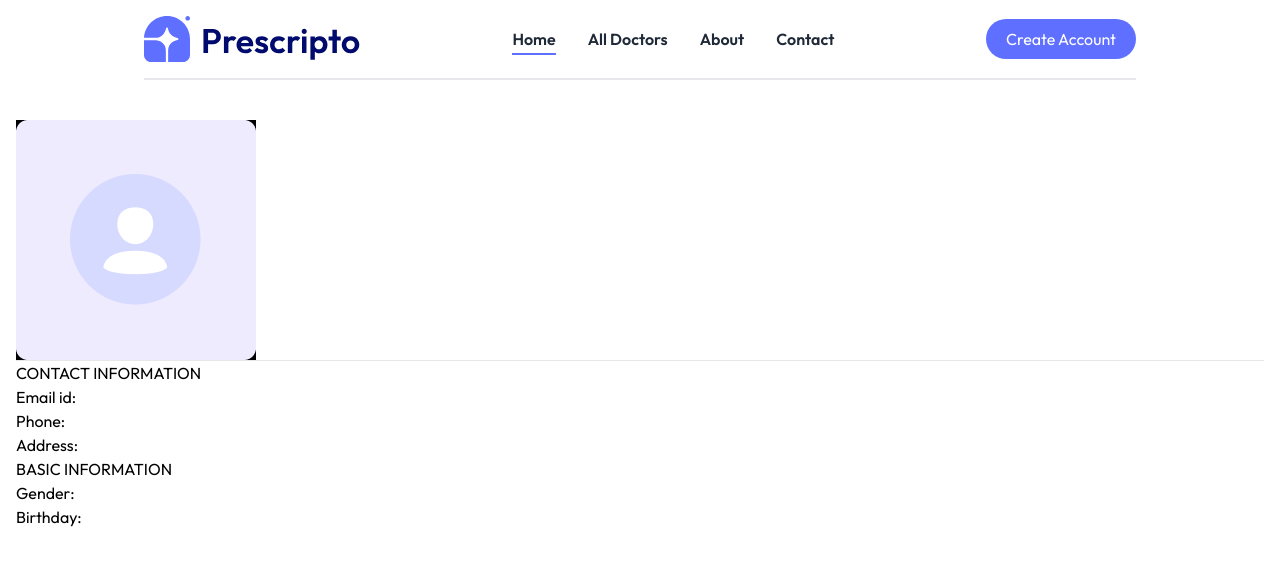
Repository: AzizHamdi99/Prescripto
Page: /profil (app in frontend/)
An editor plug-in stored every save of this project. The page is shown before and after the next save, followed by the edit.
The browser window is 1280 px wide. The pictures show the whole page.
The page's requests for data from a server got no answer. The project was rebuilt for these pictures with package versions that can differ from the ones it lists, and the page was loaded fresh each time. No one was signed in, and anything a server would have sent is missing. Also part of the build but not shown: frontend/vite.config.js, frontend/src/components/Hero.jsx, frontend/src/components/Speciality.jsx, frontend/src/components/DoctorCard.jsx, frontend/src/components/TopDoctors.jsx, frontend/src/components/Banner.jsx, frontend/src/components/Footer.jsx, frontend/src/pages/Home.jsx and 7 more.

Above is the page before, as saved 2025-01-15 18:30:06.

### frontend/index.html
<!DOCTYPE html>
<html lang="en">
  <head>
    <meta charset="UTF-8" />
    <link rel="icon" type="image/svg+xml" href="/vite.svg" />
    <meta name="viewport" content="width=device-width, initial-scale=1.0" />
    <title>Prescripto</title>
  </head>
  <body>
    <div id="root"></div>
    <script type="module" src="/src/main.jsx"></script>
  </body>
</html>

### frontend/src/main.jsx
import { StrictMode } from "react";
import { createRoot } from "react-dom/client";
import App from "./App.jsx";
import "./index.css";
import { BrowserRouter } from "react-router-dom";
import AppContextProvider from "./context/AppContext.jsx";

createRoot(document.getElementById("root")).render(

  <BrowserRouter>
  <AppContextProvider>
    <App />
    </AppContextProvider>
  </BrowserRouter>
);

### frontend/src/App.jsx
import React from "react";
import { Route, Routes } from "react-router-dom";
import Home from "./pages/Home";
import About from "./pages/About";
import Doctors from "./pages/Doctors";
import Login from "./pages/Login";
import Contact from "./pages/Contact";
import Profile from "./pages/Profile";
import Appointments from "./pages/Appointments";
import Appointment from "./pages/Appointment";
import Navbar from "./components/Navbar";
import './App.css'
import Footer from "./components/Footer";
import Test from "./pages/Test";
import Testtime from "./pages/Testtime";
function App() {
  return (
    <div className="mx-4">
      <Navbar />
      <Routes>
        <Route path="/" element={<Home />} />
        <Route path="/about" element={<About />} />
        <Route path="/doctors" element={<Doctors />} />
        <Route path="/doctors/:speciality" element={<Doctors />} />
        <Route path="/login" element={<Login />} />
        <Route path="/contact" element={<Contact />} />
        <Route path="/profil" element={<Profile />} />
        <Route path="/appointments" element={<Appointments />} />
        <Route path="/appointment/:id" element={<Appointment />} />
        <Route path="/appointment/:id" element={<Appointment />} />
        <Route path="/test" element={<Test/>}/>
        <Route path="/testt" element={<Testtime/>}/>
      </Routes>


    </div>
  );
}

export default App;

### frontend/src/context/AppContext.jsx
import { createContext, useContext,useState,useEffect } from "react";
//import { doctors } from "../assets/assets_frontend/assets";
import axios from'axios'
export const AppContext=createContext(null)
const AppContextProvider=(props)=>{
    const [select, setselect] = useState("home");
    const [Speciality,SetSpeciality]=useState("All doctors");

    const [show,setShow]=useState(8);
    const [doctors,setdoctors]=useState([])
    const [token,setToken]=useState(false);
    const [login,setlogin]=useState(false);

    useEffect(()=>{
        const fetchData=async()=>{
            try{
                const response= await axios.get('http://localhost:3000/api/doctors/getAllDoctors')
                console.log(response.data)
                setdoctors(response.data);

            }catch(error){
                console.error('eroorr fetching daata',error)
            }


        }
        const loadUser=async()=>{
            if(localStorage.getItem("token")){
                setToken(localStorage.getItem("token"))
            }
        }
        fetchData()
        loadUser()
     },[])
    const value={
        doctors,setdoctors,
        select,setselect,Speciality,SetSpeciality,show,setShow,token,setToken,login,setlogin

    }


    return(
        <AppContext.Provider value={value}>
            {props.children}

        </AppContext.Provider>
    )
}
export default AppContextProvider

### frontend/src/pages/Profile.jsx
import axios from "axios";
import React, { useEffect,useState } from "react";
import { assets } from "../assets/assets_frontend/assets";

function Profile() {
  const [user, setUser] = useState({});
  const [loading, setLoading] = useState(true);
  const [error, setError] = useState(null);

  useEffect(()=>{
    const fetchUserProfile=async()=>{
      const token=localStorage.getItem("token")
      if(!token){
        setError('No token found. Please log in..!')
        setLoading(false)
        return

      }
      try{
        const respnse=await axios.get('http://localhost:3000/api/user/profile',
        {
          headers:{
          Authorization:`Bearer ${token}`

        }})
        //console.log(respnse)
        setUser(respnse.data.data)
        setLoading(false)

      }
      catch(error){
        console.error('Error fetching user data',error)
        setError("Failed fetching user data")
        setLoading(false)

      }


    }
    fetchUserProfile()


  },[])
  console.log(user)


  return(
    <div className="mt-10">
      <img src={assets.uploadare} className="bg-black" alt="" />
      <h1>{user.name}</h1>
      <hr />
      <p>CONTACT INFORMATION</p>
      <div>
        <div>
          <p>Email id:</p>
          <p>Phone:</p>
          <p>Address:</p>
        </div>
        <div>
          <p>{user.email}</p>
          <p>{user.phone}</p>
          <p>{user.address}</p>
        </div>
      </div>
      <p>BASIC INFORMATION</p>
      <div>

        <div>
          <p>Gender:</p>
          <p>Birthday:</p>
        </div>

        <div>
          <p>{user.gender}</p>
          <p>{user.birthday}</p>
        </div>
      </div>



    </div>
  )

}

export default Profile;

### frontend/src/components/Navbar.jsx
import React, { useContext, useState } from "react";
import "../index.css";
import { assets } from "../assets/assets_frontend/assets";
import { Link, NavLink, useNavigate } from "react-router-dom";
import { AppContext } from "../context/AppContext";
function Navbar() {
  //const [select, setselect] = useState("home");
  const{select,setselect,token,setToken}=useContext(AppContext)

  const navigate=useNavigate();
 const[login,setlogin]=useState(false)
  const image=()=>{
    navigate('/');
    setselect("home");

  }
  const logout=()=>{
    localStorage.removeItem("token");
    setToken("")
    navigate('/')
  }



  return (
    <div className="mx-32 flex my-4 items-center justify-between border-b-2 pb-4">
      <img onClick={image} src={assets.logo} alt="" className="cursor-pointer"  />
      <div className="grid gap-8 grid-flow-col text-l text-[#1F2937] font-semibold">
        <Link to="/"><span className={ select === "home" ? "border-b-2 border-[#5F6FFF] pb-1" : ""} onClick={()=>setselect("home")}>Home</span></Link>
       <Link to="/doctors"> <span  onClick={()=>setselect("doctors")} className={ select === "doctors" ? "border-b-2 border-[#5F6FFF] pb-2" : ""} >All Doctors</span></Link>
        <Link to="/about"><span  className={ select === "about" ? "border-b-2 border-[#5F6FFF] pb-1" : ""} onClick={()=>setselect("about")}>About</span></Link>
        <Link to="/contact"><span  className={ select === "contact" ? "border-b-2 border-[#5F6FFF] pb-1" : ""} onClick={()=>setselect("contact")}>Contact</span></Link>
      </div>
      {token? <div className="grid grid-flow-col gap-2 items-center group-relative ">
        <img src={assets.profile_pic} className="w-10 rounded-[50%] cursor-pointer" alt=""  onClick={()=>setlogin(!login)}/>
        <img src={assets.dropdown_icon} alt=""  />
          {login? <div className="absolute top-20 right-32 text-base font-medium p-4 text-gray-600 z-20 bg-[#F8F8F8] shadow-md">
          <div className="text-[18px] font-normal textt-[#4B5563] ">
            <p className="cursor-pointer" onClick={()=>navigate("/profil")}>My profil</p>
            <p className="cursor-pointer" onClick={()=>navigate("/appointments")}>My Appointments</p>
            <p onClick={()=>logout()} className="cursor-pointer">Logout</p>
          </div>

        </div> :<></> }


      </div>:
      <button onClick={()=>navigate('/login')}  className="px-5 py-2 bg-[#5F6FFF] rounded-3xl text-white">Create Account</button>}
    </div>
  );
}

export default Navbar;

### frontend/src/App.css
@import url('https://fonts.googleapis.com/css2?family=Outfit:wght@100..900&display=swap');
*{
    font-family: "Outfit", sans-serif;
}
.footer{
    display: flex;

    justify-content: space-between;



}
li{
    margin-top: 9px;
}

### frontend/src/pages/Testtime.jsx
import React, { useState, useEffect } from 'react';

const DaySelector = () => {

  return (
    hhhh
  );
};

export default DaySelector;

### frontend/src/assets/assets_frontend/assets.js
import appointment_img from './appointment_img.png'
import header_img from './header_img.png'
import group_profiles from './group_profiles.png'
import profile_pic from './profile_pic.png'
import contact_image from './contact_image.png'
import about_image from './about_image.png'
import logo from './logo.svg'
import dropdown_icon from './dropdown_icon.svg'
import dropup_icon from './arrow-drop-up.svg'
import menu_icon from './menu_icon.svg'
import cross_icon from './cross_icon.png'
import chats_icon from './chats_icon.svg'
import verified_icon from './verified_icon.svg'
import arrow_icon from './arrow_icon.svg'
import info_icon from './info_icon.svg'
import upload_icon from './upload_icon.png'
import stripe_logo from './stripe_logo.png'
import razorpay_logo from './razorpay_logo.png'
import doc1 from './doc1.png'
import doc2 from './doc2.png'
import doc3 from './doc3.png'
import doc4 from './doc4.png'
import doc5 from './doc5.png'
import doc6 from './doc6.png'
import doc7 from './doc7.png'
import doc8 from './doc8.png'
import doc9 from './doc9.png'
import doc10 from './doc10.png'
import doc11 from './doc11.png'
import doc12 from './doc12.png'
import doc13 from './doc13.png'
import doc14 from './doc14.png'
import doc15 from './doc15.png'
import Dermatologist from './Dermatologist.svg'
import Gastroenterologist from './Gastroenterologist.svg'
import General_physician from './General_physician.svg'
import Gynecologist from './Gynecologist.svg'
import Neurologist from './Neurologist.svg'
import Pediatricians from './Pediatricians.svg'
import uploadare from './upload_area.png'


export const assets = {
    appointment_img,
    header_img,
    group_profiles,
    logo,
    chats_icon,
    verified_icon,
    info_icon,
    profile_pic,
    arrow_icon,
    contact_image,
    about_image,
    menu_icon,
    cross_icon,
    dropdown_icon,
    upload_icon,
    stripe_logo,
    razorpay_logo,
    dropup_icon,
    uploadare
}

export const specialityData = [
    {
        speciality: 'General physician',
        image: General_physician
    },
    {
        speciality: 'Gynecologist',
        image: Gynecologist
    },
    {
        speciality: 'Dermatologist',
        image: Dermatologist
    },
    {
        speciality: 'Pediatricians',
        image: Pediatricians
    },
    {
        speciality: 'Neurologist',
        image: Neurologist
    },
    {
        speciality: 'Gastroenterologist',
        image: Gastroenterologist
    },
]

export const doctors = [
    {
        _id: 'doc1',
        name: 'Dr. Richard James',
        image: doc1,
        speciality: 'General physician',
        degree: 'MBBS',
        experience: '4 Years',
        about: 'Dr. Davis has a strong commitment to delivering comprehensive medical care, focusing on preventive medicine, early diagnosis, and effective treatment strategies. Dr. Davis has a strong commitment to delivering comprehensive medical care, focusing on preventive medicine, early diagnosis, and effective treatment strategies.',
        fees: 50,
        address: {
            line1: '17th Cross, Richmond',
            line2: 'Circle, Ring Road, London'
        }
    },
    {
        _id: 'doc2',
        name: 'Dr. Emily Larson',
        image: doc2,
        speciality: 'Gynecologist',
        degree: 'MBBS',
        experience: '3 Years',
        about: 'Dr. Davis has a strong commitment to delivering comprehensive medical care, focusing on preventive medicine, early diagnosis, and effective treatment strategies. Dr. Davis has a strong commitment to delivering comprehensive medical care, focusing on preventive medicine, early diagnosis, and effective treatment strategies.',
        fees: 60,
        address: {
            line1: '27th Cross, Richmond',
            line2: 'Circle, Ring Road, London'
        }
    },
    {
        _id: 'doc3',
        name: 'Dr. Sarah Patel',
        image: doc3,
        speciality: 'Dermatologist',
        degree: 'MBBS',
        experience: '1 Years',
        about: 'Dr. Davis has a strong commitment to delivering comprehensive medical care, focusing on preventive medicine, early diagnosis, and effective treatment strategies. Dr. Davis has a strong commitment to delivering comprehensive medical care, focusing on preventive medicine, early diagnosis, and effective treatment strategies.',
        fees: 30,
        address: {
            line1: '37th Cross, Richmond',
            line2: 'Circle, Ring Road, London'
        }
    },
    {
        _id: 'doc4',
        name: 'Dr. Christopher Lee',
        image: doc4,
        speciality: 'Pediatricians',
        degree: 'MBBS',
        experience: '2 Years',
        about: 'Dr. Davis has a strong commitment to delivering comprehensive medical care, focusing on preventive medicine, early diagnosis, and effective treatment strategies. Dr. Davis has a strong commitment to delivering comprehensive medical care, focusing on preventive medicine, early diagnosis, and effective treatment strategies.',
        fees: 40,
        address: {
            line1: '47th Cross, Richmond',
            line2: 'Circle, Ring Road, London'
        }
    },
    {
        _id: 'doc5',
        name: 'Dr. Jennifer Garcia',
        image: doc5,
        speciality: 'Neurologist',
        degree: 'MBBS',
        experience: '4 Years',
        about: 'Dr. Davis has a strong commitment to delivering comprehensive medical care, focusing on preventive medicine, early diagnosis, and effective treatment strategies. Dr. Davis has a strong commitment to delivering comprehensive medical care, focusing on preventive medicine, early diagnosis, and effective treatment strategies.',
        fees: 50,
        address: {
            line1: '57th Cross, Richmond',
            line2: 'Circle, Ring Road, London'
        }
    },
    {
        _id: 'doc6',
        name: 'Dr. Andrew Williams',
        image: doc6,
        speciality: 'Neurologist',
        degree: 'MBBS',
        experience: '4 Years',
        about: 'Dr. Davis has a strong commitment to delivering comprehensive medical care, focusing on preventive medicine, early diagnosis, and effective treatment strategies. Dr. Davis has a strong commitment to delivering comprehensive medical care, focusing on preventive medicine, early diagnosis, and effective treatment strategies.',
        fees: 50,
        address: {
            line1: '57th Cross, Richmond',
            line2: 'Circle, Ring Road, London'
        }
    },
    {
        _id: 'doc7',
        name: 'Dr. Christopher Davis',
        image: doc7,
        speciality: 'General physician',
        degree: 'MBBS',
        experience: '4 Years',
        about: 'Dr. Davis has a strong commitment to delivering comprehensive medical care, focusing on preventive medicine, early diagnosis, and effective treatment strategies. Dr. Davis has a strong commitment to delivering comprehensive medical care, focusing on preventive medicine, early diagnosis, and effective treatment strategies.',
        fees: 50,
        address: {
            line1: '17th Cross, Richmond',
            line2: 'Circle, Ring Road, London'
        }
    },
    {
        _id: 'doc8',
        name: 'Dr. Timothy White',
        image: doc8,
        speciality: 'Gynecologist',
        degree: 'MBBS',
        experience: '3 Years',
        about: 'Dr. Davis has a strong commitment to delivering comprehensive medical care, focusing on preventive medicine, early diagnosis, and effective treatment strategies. Dr. Davis has a strong commitment to delivering comprehensive medical care, focusing on preventive medicine, early diagnosis, and effective treatment strategies.',
        fees: 60,
        address: {
            line1: '27th Cross, Richmond',
            line2: 'Circle, Ring Road, London'
        }
    },
    {
        _id: 'doc9',
        name: 'Dr. Ava Mitchell',
        image: doc9,
        speciality: 'Dermatologist',
        degree: 'MBBS',
        experience: '1 Years',
        about: 'Dr. Davis has a strong commitment to delivering comprehensive medical care, focusing on preventive medicine, early diagnosis, and effective treatment strategies. Dr. Davis has a strong commitment to delivering comprehensive medical care, focusing on preventive medicine, early diagnosis, and effective treatment strategies.',
        fees: 30,
        address: {
            line1: '37th Cross, Richmond',
            line2: 'Circle, Ring Road, London'
        }
    },
    {
        _id: 'doc10',
        name: 'Dr. Jeffrey King',
        image: doc10,
        speciality: 'Pediatricians',
        degree: 'MBBS',
        experience: '2 Years',
        about: 'Dr. Davis has a strong commitment to delivering comprehensive medical care, focusing on preventive medicine, early diagnosis, and effective treatment strategies. Dr. Davis has a strong commitment to delivering comprehensive medical care, focusing on preventive medicine, early diagnosis, and effective treatment strategies.',
        fees: 40,
        address: {
            line1: '47th Cross, Richmond',
            line2: 'Circle, Ring Road, London'
        }
    },
    {
        _id: 'doc11',
        name: 'Dr. Zoe Kelly',
        image: doc11,
        speciality: 'Neurologist',
        degree: 'MBBS',
        experience: '4 Years',
        about: 'Dr. Davis has a strong commitment to delivering comprehensive medical care, focusing on preventive medicine, early diagnosis, and effective treatment strategies. Dr. Davis has a strong commitment to delivering comprehensive medical care, focusing on preventive medicine, early diagnosis, and effective treatment strategies.',
        fees: 50,
        address: {
            line1: '57th Cross, Richmond',
            line2: 'Circle, Ring Road, London'
        }
    },
    {
        _id: 'doc12',
        name: 'Dr. Patrick Harris',
        image: doc12,
        speciality: 'Neurologist',
        degree: 'MBBS',
        experience: '4 Years',
        about: 'Dr. Davis has a strong commitment to delivering comprehensive medical care, focusing on preventive medicine, early diagnosis, and effective treatment strategies. Dr. Davis has a strong commitment to delivering comprehensive medical care, focusing on preventive medicine, early diagnosis, and effective treatment strategies.',
        fees: 50,
        address: {
            line1: '57th Cross, Richmond',
            line2: 'Circle, Ring Road, London'
        }
    },
    {
        _id: 'doc13',
        name: 'Dr. Chloe Evans',
        image: doc13,
        speciality: 'General physician',
        degree: 'MBBS',
        experience: '4 Years',
        about: 'Dr. Davis has a strong commitment to delivering comprehensive medical care, focusing on preventive medicine, early diagnosis, and effective treatment strategies. Dr. Davis has a strong commitment to delivering comprehensive medical care, focusing on preventive medicine, early diagnosis, and effective treatment strategies.',
        fees: 50,
        address: {
            line1: '17th Cross, Richmond',
            line2: 'Circle, Ring Road, London'
        }
    },
    {
        _id: 'doc14',
        name: 'Dr. Ryan Martinez',
        image: doc14,
        speciality: 'Gynecologist',
        degree: 'MBBS',
        experience: '3 Years',
        about: 'Dr. Davis has a strong commitment to delivering comprehensive medical care, focusing on preventive medicine, early diagnosis, and effective treatment strategies. Dr. Davis has a strong commitment to delivering comprehensive medical care, focusing on preventive medicine, early diagnosis, and effective treatment strategies.',
        fees: 60,
        address: {
            line1: '27th Cross, Richmond',
            line2: 'Circle, Ring Road, London'
        }
    },
    {
        _id: 'doc15',
        name: 'Dr. Amelia Hill',
        image: doc15,
        speciality: 'Dermatologist',
        degree: 'MBBS',
        experience: '1 Years',
        about: 'Dr. Davis has a strong commitment to delivering comprehensive medical care, focusing on preventive medicine, early diagnosis, and effective treatment strategies. Dr. Davis has a strong commitment to delivering comprehensive medical care, focusing on preventive medicine, early diagnosis, and effective treatment strategies.',
        fees: 30,
        address: {
            line1: '37th Cross, Richmond',
            line2: 'Circle, Ring Road, London'
        }
    },
]

Loaded but not shown: frontend/src/index.css (common file); frontend/tailwind.config.js (common file)

After the next save:
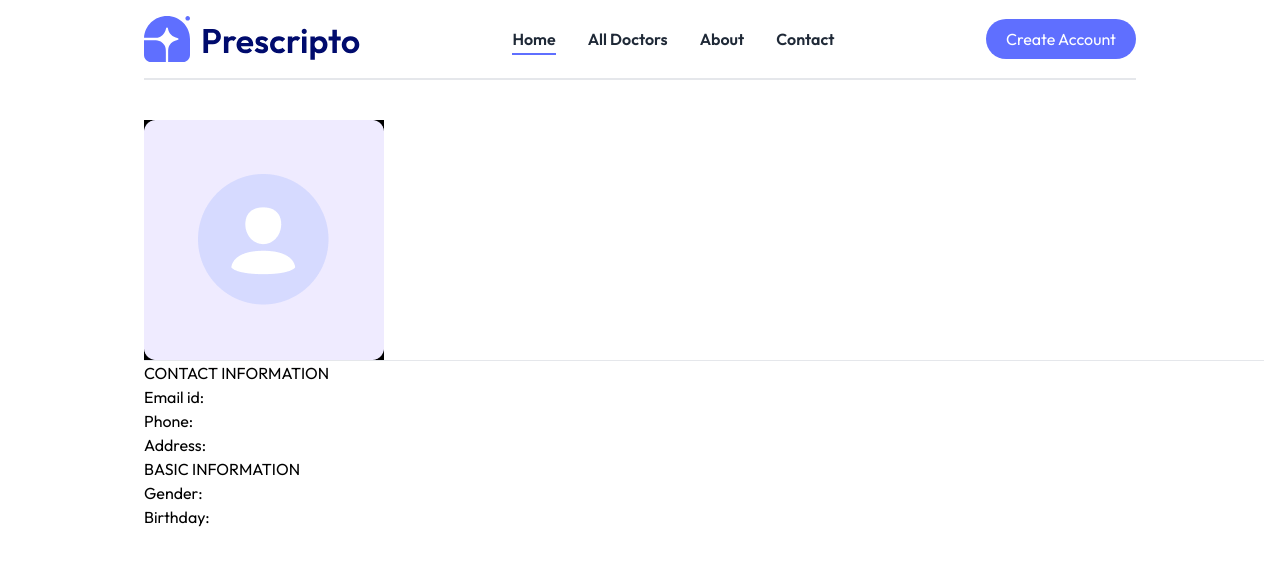
Saved 10 s later.
--- a/frontend/src/pages/Profile.jsx
+++ b/frontend/src/pages/Profile.jsx
@@ -45,7 +45,7 @@
 
 
   return(
-    <div className="mt-10">
+    <div className="mt-10 ml-32">
       <img src={assets.uploadare} className="bg-black" alt="" />
       <h1>{user.name}</h1>
       <hr />
